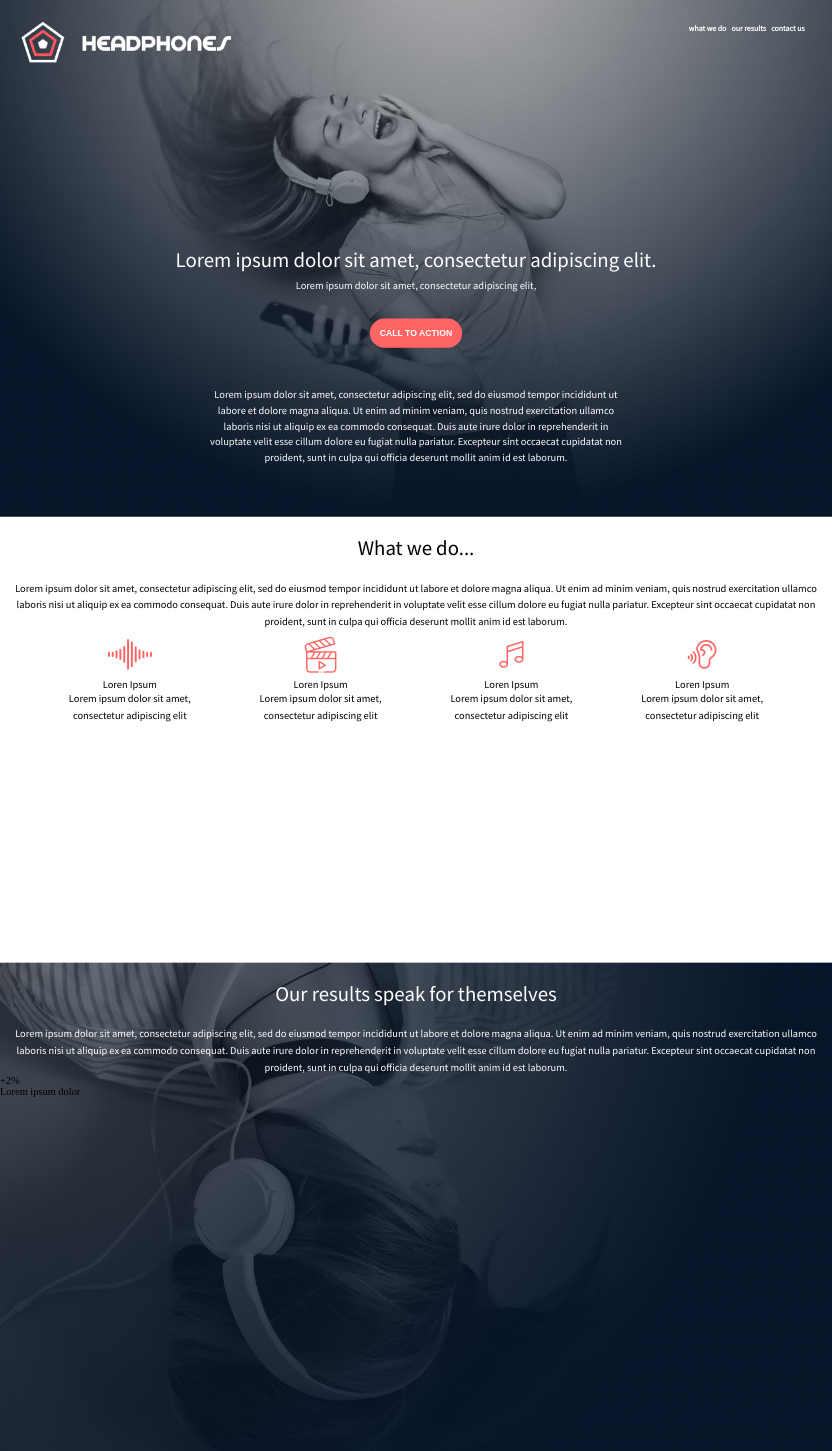
Repository: seleniadelgado/holbertonschool-web_front_end
Page: 0x09-implement_a_design_from_scratch/2-index.html
An editor plug-in stored every save of this project. The page is shown before and after the next save, followed by the edit.
The browser window is 1280 px wide. The pictures show the whole page, at 65% of full size.

Above is the page before, as saved 2020-03-23 11:44:33.

### 0x09-implement_a_design_from_scratch/2-index.html
<!DOCTYPE <!DOCTYPE html>
<head>
    <meta charset="utf-8">
    <title>Headphones</title>
    <meta name="description" content="">
    <meta name="viewport" content="width=device-width, initial-scale=1">
    <link rel="stylesheet" href="2-styles.css">
    <link rel="stylesheet" href="reset.css">
    <link rel="stylesheet" href="./holberton_school-icon/style.css">
    <link href="https://fonts.googleapis.com/css?family=Source+Sans+Pro&display=swap" rel="stylesheet">
</head>
<body>
<!-- nav bar -->
    <header>
        <div class="firstdiv">
            <nav>
                <input type="checkbox" id="menu">
                <label for="menu" id="nav-icon"></label>
                <div class="logo"><img href="active" href="#home"><img src="./images/logo_headphones.png" alt="logo"></a></div>
                <div class="main-nav">
                    <ul class="nav-header">
                        <li><a href="#what-we-do">what we do</a></li>
                        <li><a href="#our-results">our results</a></li>
                        <li><a href="#contact-us">contact us</a></li>
                    </ul>
                </div>
            </nav>
        </div>
<!-- Content -->
        <div class="seconddiv">
            <div class="text">
                <h1>Lorem ipsum dolor sit amet, consectetur adipiscing elit.</h1>
                <p>Lorem ipsum dolor sit amet, consectetur adipiscing elit, </p>
            </div>
        </div>
        <div class="thirddiv">
        <button id="button">CALL TO ACTION</button>
        <p class="longParagraph">Lorem ipsum dolor sit amet, consectetur adipiscing elit, sed do eiusmod tempor incididunt ut labore et dolore magna aliqua.
            Ut enim ad minim veniam, quis nostrud exercitation ullamco laboris nisi ut aliquip ex ea commodo consequat.
            Duis aute irure dolor in reprehenderit in voluptate velit esse cillum dolore eu fugiat nulla pariatur. Excepteur sint occaecat cupidatat non proident,
            sunt in culpa qui officia deserunt mollit anim id est laborum.</p>
            </div>
        </div>
    </div>
    </header>
    <div id="whatWeDo">
        <div class="content">
            <h1>What we do...</h1>
            <p> Lorem ipsum dolor sit amet, consectetur adipiscing elit, sed do eiusmod tempor incididunt ut labore et dolore magna aliqua.
                Ut enim ad minim veniam, quis nostrud exercitation ullamco laboris nisi ut aliquip ex ea commodo consequat.
                Duis aute irure dolor in reprehenderit in voluptate velit esse cillum dolore eu fugiat nulla pariatur. Excepteur sint occaecat cupidatat non proident,
                sunt in culpa qui officia deserunt mollit anim id est laborum.
            </p>
            <div class="grid">
                <div>
                    <div class="icon, item holberton_school-icon-ic_sound"></div>
                    <h6>Loren Ipsum</h6>
                    <p>Lorem ipsum dolor sit amet,<br> consectetur adipiscing elit</p>
                </div>
                <div>
                    <div class="icon, item holberton_school-icon-ic_video"></div>
                    <h6>Loren Ipsum</h6>
                    <p>Lorem ipsum dolor sit amet, <br>consectetur adipiscing elit</p>
                </div>
                <div>
                    <div class="icon, item holberton_school-icon-ic_music"></div>
                    <h6>Loren Ipsum</h6>
                    <p>Lorem ipsum dolor sit amet, <br>consectetur adipiscing elit</p>
                </div>
                <div>
                    <div class="icon, item holberton_school-icon-ic_hearing"></div>
                    <h6>Loren Ipsum</h6>
                    <p>Lorem ipsum dolor sit amet, <br>consectetur adipiscing elit</p>
                </div>
            </div>
        </div>
    </div>
    <div id="our-results">
        <div class="summary">
            <h1>Our results speak for themselves</h1>
            <p>Lorem ipsum dolor sit amet, consectetur adipiscing elit, sed do eiusmod tempor incididunt ut labore et dolore magna aliqua.
                Ut enim ad minim veniam, quis nostrud exercitation ullamco laboris nisi ut aliquip ex ea commodo consequat.
                Duis aute irure dolor in reprehenderit in voluptate velit esse cillum dolore eu fugiat nulla pariatur. Excepteur sint occaecat cupidatat non proident,
                sunt in culpa qui officia deserunt mollit anim id est laborum.
            </p>
        </div>
        <div  class="results">
            <h2>+2%</h2>
            <p>Lorem ipsum dolor</p>
        </div>
    </div>
</body>
</html>

### 0x09-implement_a_design_from_scratch/2-styles.css

:root {
    --font-size-sm: 12px;
    --font-size-md: 16px;
    --font-size-lg: 32px;
    --font-size-xl: 72px;
    --font-size-button: 14px;
    --color-primary-red: #FF6565;
    --color-body-white: white;
    --color-body-black: black;
    --font-family: 'Source Sans Pro', sans-serif;
}

/* header */
html {
    width: 100%;
}

header {
    width: 100%;
    background: transparent;
    position: relative;
    color: var(--color-body-white);
    background-image: url("images/headphones_hero_1.jpg");
    background-repeat: no-repeat;
    background-size: cover;
    font-family: var(--font-family);
}

header .firstdiv {
    justify-content: space-between;
    align-content: space-between;
    padding: 2rem;
    flex-wrap: wrap;
}

header .firstdiv nav {
    width: 100%;
    display: flex;
    justify-content: space-between;
    align-content: space-between;
    position: relative;
}

a {
    margin: auto 1.25rem;
    color: var(--color-body-white);
    text-decoration: none;
    font-family: var(--font-family);
}

a:hover, a:active {
    color: var(--color-primary-red)
}

#menu {
    display: none;
    position: absolute;
}

#nav-icon {
    display: none;
    position: absolute;
}

.logo {
    float: left;
}

.nav-header {
    display: inline-flex;
    margin: auto 0;
    list-style-type: none;
    font-size: var(--font-size-sm);
    font-weight: bolder;
    font-family: var(--font-family);
}

.main-nav ul {
    border: 6px transparent solid;
    justify-content: space-between;
}

.main-nav ul li a {
    border: 4px transparent solid;
    font-family: var(--font-family);

}

/* nav */
.seconddiv {
    text-align: center;
}

.thirddiv {
    text-align: center;
}

/*text */
.text {
    padding-top: 20%;
    text-align: center;
    line-height: 32px;
}

.text h1 {
    font-size: var(--font-size-md);
    color: var(--color-body-white);
}

.text p {
    font: var(--font-size-sm);
    color: var(--color-body-white);
}

/* button */
#button {
    padding: 15px;
    margin-top: 40px;
    margin-bottom: 60px;
    border-radius: 4em;
    background-color: #FF6565;
    box-shadow: var(--color-body-black);
    border-style: none;
    color: var(--color-body-white);
    font-weight: bolder;
}

#button:hover {
    opacity: 0.9;
}

/* end button */

/* start longparagraph */
.longParagraph {
    display: flex;
    margin: auto;
    margin: 0% 25% 0% 25%;
    line-height: 24px;
    font-family: var(--font-family);
    font-size: var(--font-size-md);
    color: var(--color-body-white);
    padding-bottom: 5em;
}
/* end longparagraph */

/* media query for screens less than 480px */
@media (max-width: 480px)
{
    header nav {
      flex-direction: column;
      align-items: center;
    }

    .logo {
      width: 50%;
      height: auto;
      display: flex;
      text-align: center;
    }

    .nav-header {
      display: none;
      width: 100%;
      flex-direction: column;
      margin: 1rem auto;
      text-align: center;
      font-weight: bold;
      font-size: var(--font-size-btn);
      float: right;
      display: inline-flex;
      margin-right: 10%;
    }

    .nav-header li {
      width: 100%;
      margin: 0.5rem auto;
      padding-right: 50px;
      font-family: var(--font-family);
    }

    #nav-icon {
        background: var(--color-body-white);
        height: 2px;
        width: 13px;
        position: absolute;
        left: 1rem;
        top: 18px;
        display: block;
    }

    #nav-icon::before {
        content: "";
        background: var(--color-body-white);
        height: 2px;
        width: 20px;
        position: relative;
        top: -0.4rem;
        display: block;
        transition: all 0.2s ease;
    }

    #nav-icon::after {
        content: "";
        background: var(--color-body-white);
        height: 2px;
        width: 18px;
        position: relative;
        top: 0.3rem;
        display: block;
        transition: all 0.2s ease;
    }

    #menu:checked ~ .nav-header {
        display: inline-flex;
    }

    #menu:checked ~ #nav-icon {
        background: transparent;
    }

    #menu:checked ~ #nav-icon::before {
        transform: rotate(45deg);
        top: 3px;
        margin: auto;
    }

    #menu:checked ~ #nav-icon::after {
        width: 20px;
        transform: rotate(-45deg);
        top: 1px;
        margin: auto;
    }
}

.text {
    font-family: var(--font-family);
    line-height: 24px;
}

.text h1 {
    font-size: var(--font-size-lg);
    margin-bottom: 10;
    line-height: 32px;;
}

.text p {
    font-size: var(--font-size-md);
}

/* menu btn ends */
.content {
    display: grid;
    text-align: center;
    font-family: var(--font-family);
    margin-bottom: 20em;
}

.grid {
    display: flex;
    flex-wrap: wrap;
    justify-content: space-evenly;
    height: 100%
}

.grid p {
    padding-bottom: 3em;
}

.item {
    color: var(--color-primary-red);
    font-size: var(--font-size-xl);
    margin: 2px;
}

.item h6, p {
    color: var(--color-body-black);
    font-size: var(--font-size-sm);
    margin-bottom: 5px;
}

#whatWeDo {
    margin-top: 2em;
    font-family: var(--font-family);
    margin-bottom: none;
}

.content h1 {
    font-size: var(--font-size-lg);
    margin-bottom: 1em;
}

.content p {
    text-align: center;
    font-size: var(--font-size-md);
    line-height: 26px;
}

#our-results {
    padding-top: 2em;
    background-image: url(images/headphones_hero_2.jpg);
    height: 100%;
    background-repeat: no-repeat;
}

.summary h1 {
    text-align: center;
    color: white;
    font-family: var(--font-family);
    font-size: var(--font-size-lg);
    margin-bottom: 1em;
}

.summary p {
    color: white;
    font-family: var(--font-family);
    font-size: var(--font-size-md);
    line-height: 26px;
    text-align: center;
}
.results h1 {
    background: url(images/pentagone.png);
    position: relative;
    height: 500px;
    background-repeat: no-repeat;
}

}

### 0x09-implement_a_design_from_scratch/holberton_school-icon/style.css
@font-face {
  font-family: 'holberton_school-icon';
  src:  url('fonts/holberton_school-icon.eot?sq4eq4');
  src:  url('fonts/holberton_school-icon.eot?sq4eq4#iefix') format('embedded-opentype'),
    url('fonts/holberton_school-icon.ttf?sq4eq4') format('truetype'),
    url('fonts/holberton_school-icon.woff?sq4eq4') format('woff'),
    url('fonts/holberton_school-icon.svg?sq4eq4#holberton_school-icon') format('svg');
  font-weight: normal;
  font-style: normal;
  font-display: block;
}

[class^="holberton_school-icon-"], [class*=" holberton_school-icon-"] {
  /* use !important to prevent issues with browser extensions that change fonts */
  font-family: 'holberton_school-icon' !important;
  speak: none;
  font-style: normal;
  font-weight: normal;
  font-variant: normal;
  text-transform: none;
  line-height: 1;

  /* Better Font Rendering =========== */
  -webkit-font-smoothing: antialiased;
  -moz-osx-font-smoothing: grayscale;
}

.holberton_school-icon-arrow_1:before {
  content: "\e900";
}
.holberton_school-icon-arrow_2:before {
  content: "\e901";
}
.holberton_school-icon-arrow_3:before {
  content: "\e902";
}
.holberton_school-icon-arrow_4:before {
  content: "\e903";
}
.holberton_school-icon-arrow_5:before {
  content: "\e904";
}
.holberton_school-icon-check:before {
  content: "\e905";
}
.holberton_school-icon-ic_bag:before {
  content: "\e906";
}
.holberton_school-icon-ic_cart:before {
  content: "\e907";
}
.holberton_school-icon-ic_facebook:before {
  content: "\e908";
}
.holberton_school-icon-ic_hearing:before {
  content: "\e909";
}
.holberton_school-icon-ic_instagram:before {
  content: "\e90a";
}
.holberton_school-icon-ic_laptop:before {
  content: "\e90b";
}
.holberton_school-icon-ic_money:before {
  content: "\e90c";
}
.holberton_school-icon-ic_music:before {
  content: "\e90d";
}
.holberton_school-icon-ic_sound:before {
  content: "\e90e";
}
.holberton_school-icon-ic_twitter:before {
  content: "\e90f";
}
.holberton_school-icon-ic_video:before {
  content: "\e910";
}
.holberton_school-icon-menu:before {
  content: "\e911";
}
.holberton_school-icon-search_1:before {
  content: "\e912";
}
.holberton_school-icon-search_2:before {
  content: "\e913";
}
.holberton_school-icon-star:before {
  content: "\e914";
}

Loaded but not shown: 0x09-implement_a_design_from_scratch/reset.css (common file)

After the next save:
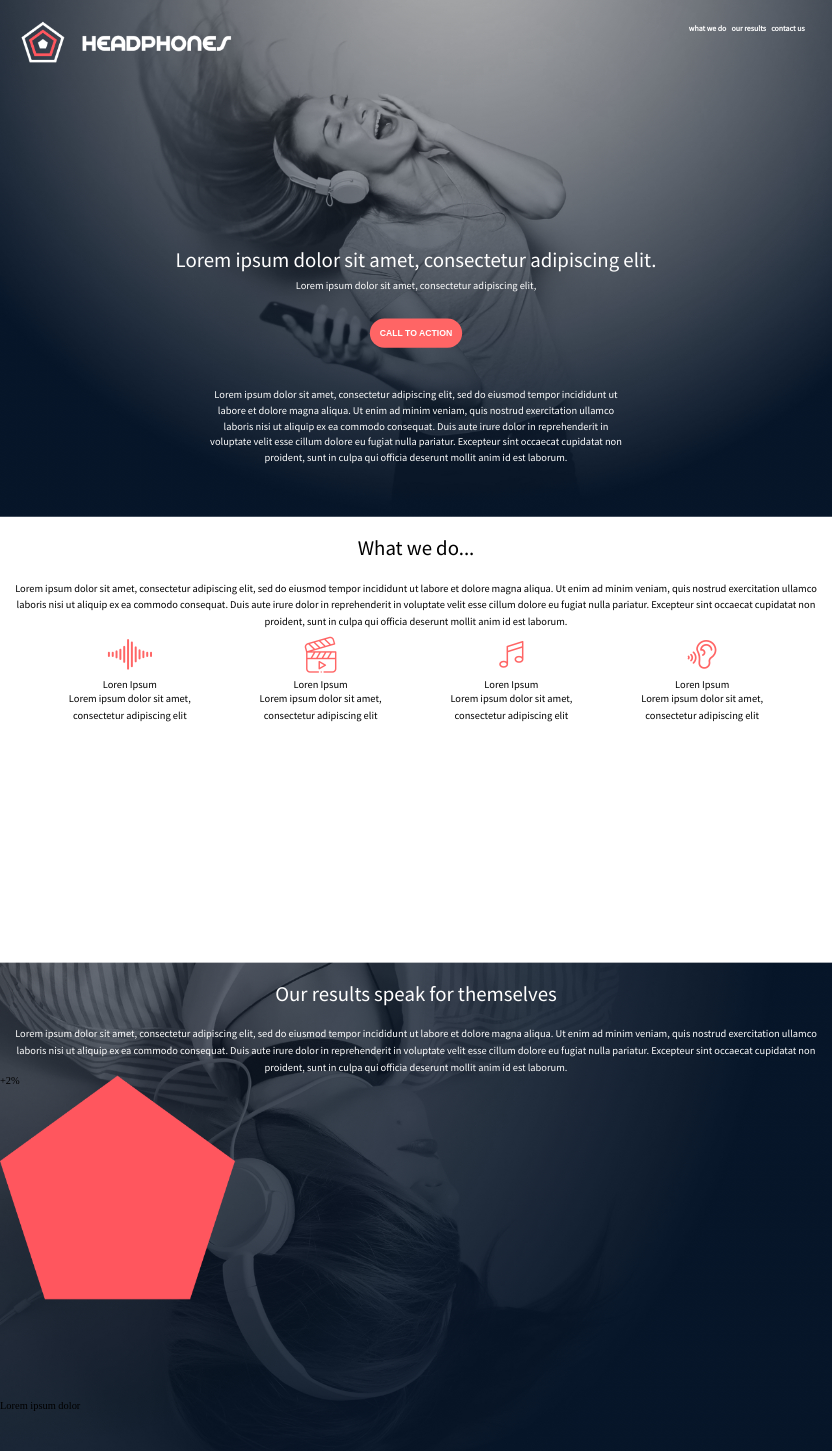
Saved 12 s later.
--- a/0x09-implement_a_design_from_scratch/2-styles.css
+++ b/0x09-implement_a_design_from_scratch/2-styles.css
@@ -319,7 +319,7 @@
     line-height: 26px;
     text-align: center;
 }
-.results h1 {
+.results h2 {
     background: url(images/pentagone.png);
     position: relative;
     height: 500px;

After the 3 saves that followed:
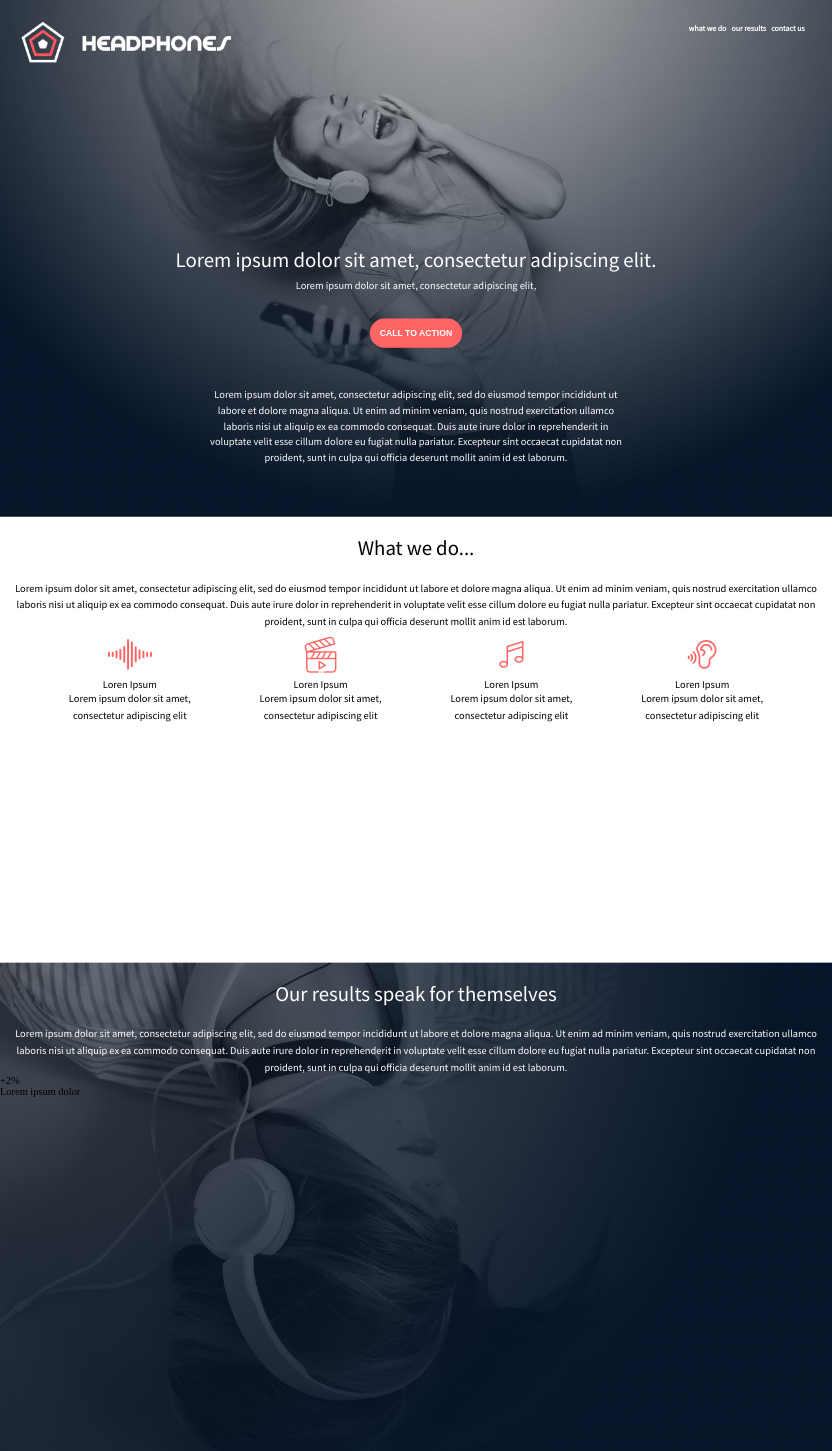
The 3 saves are shown as one change because 2 left the picture as it was.
The last was saved 86 s later.
--- a/0x09-implement_a_design_from_scratch/2-index.html
+++ b/0x09-implement_a_design_from_scratch/2-index.html
@@ -84,7 +84,7 @@
                 sunt in culpa qui officia deserunt mollit anim id est laborum.
             </p>
         </div>
-        <div  class="results">
+        <div class="results">
             <h2>+2%</h2>
             <p>Lorem ipsum dolor</p>
         </div>
--- a/0x09-implement_a_design_from_scratch/2-styles.css
+++ b/0x09-implement_a_design_from_scratch/2-styles.css
@@ -319,11 +319,11 @@
     line-height: 26px;
     text-align: center;
 }
-.results h2 {
+.results h2 p {
     background: url(images/pentagone.png);
-    position: relative;
     height: 500px;
     background-repeat: no-repeat;
-}
-
-}
+
+}
+
+}
